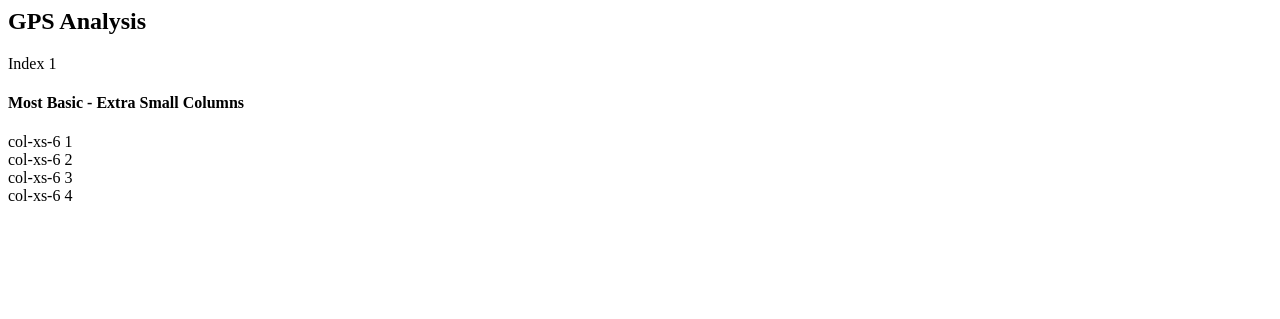
Repository: hanjangchen/Raspberry
Page: prjGAEGPSAnalysis/prjGPSAnalysis/src/static/my_ng_templates/desktop/index_1.html
The author's editor kept a copy of each file at every save. The page is drawn from the files as they stood at one save, then again after the next save.
The browser window is 1280 px wide. The pictures show the whole page.

Above is the page before, as saved 2014-10-17 20:14:51.

### prjGAEGPSAnalysis/prjGPSAnalysis/src/static/my_ng_templates/desktop/index_1.html
<!-- sub-template for index page -->
<div>
	<h2>GPS Analysis</h2>

	<!-- shared content which is injected by directive -->
	<my-index-gps-data>
	<p>Index 1</p>
	</my-index-gps-data>


	<!--  -->
	<div class="container-fluid">

		<div class="container-liquid">
			<div class="row">
				<div class="col-sm-12">
					<h4>Most Basic - Extra Small Columns</h4>
				</div>
			</div>
			<div class="row">
				<div class="col-xs-6 example-block"> col-xs-6 1 </div>
				<div class="col-xs-6 example-block alt"> col-xs-6 2 </div>
				<div class="col-xs-6 example-block alt"> col-xs-6 3 </div>
				<div class="col-xs-6 example-block alt"> col-xs-6 4 </div>
			</div>
		</div>
	</div>
</div>

After the next save:
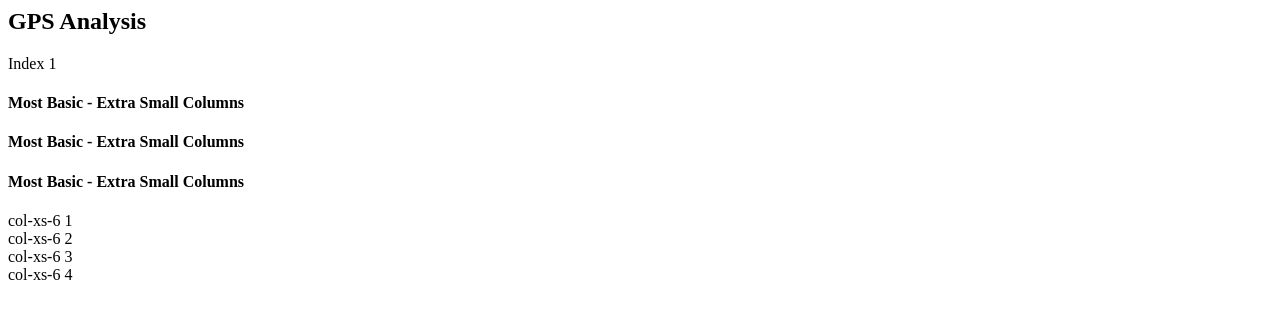
Saved 21 s later.
--- a/prjGAEGPSAnalysis/prjGPSAnalysis/src/static/my_ng_templates/desktop/index_1.html
+++ b/prjGAEGPSAnalysis/prjGPSAnalysis/src/static/my_ng_templates/desktop/index_1.html
@@ -16,6 +16,12 @@
 				<div class="col-sm-12">
 					<h4>Most Basic - Extra Small Columns</h4>
 				</div>
+				<div class="col-sm-12">
+					<h4>Most Basic - Extra Small Columns</h4>
+				</div>
+				<div class="col-sm-12">
+					<h4>Most Basic - Extra Small Columns</h4>
+				</div>
 			</div>
 			<div class="row">
 				<div class="col-xs-6 example-block"> col-xs-6 1 </div>
